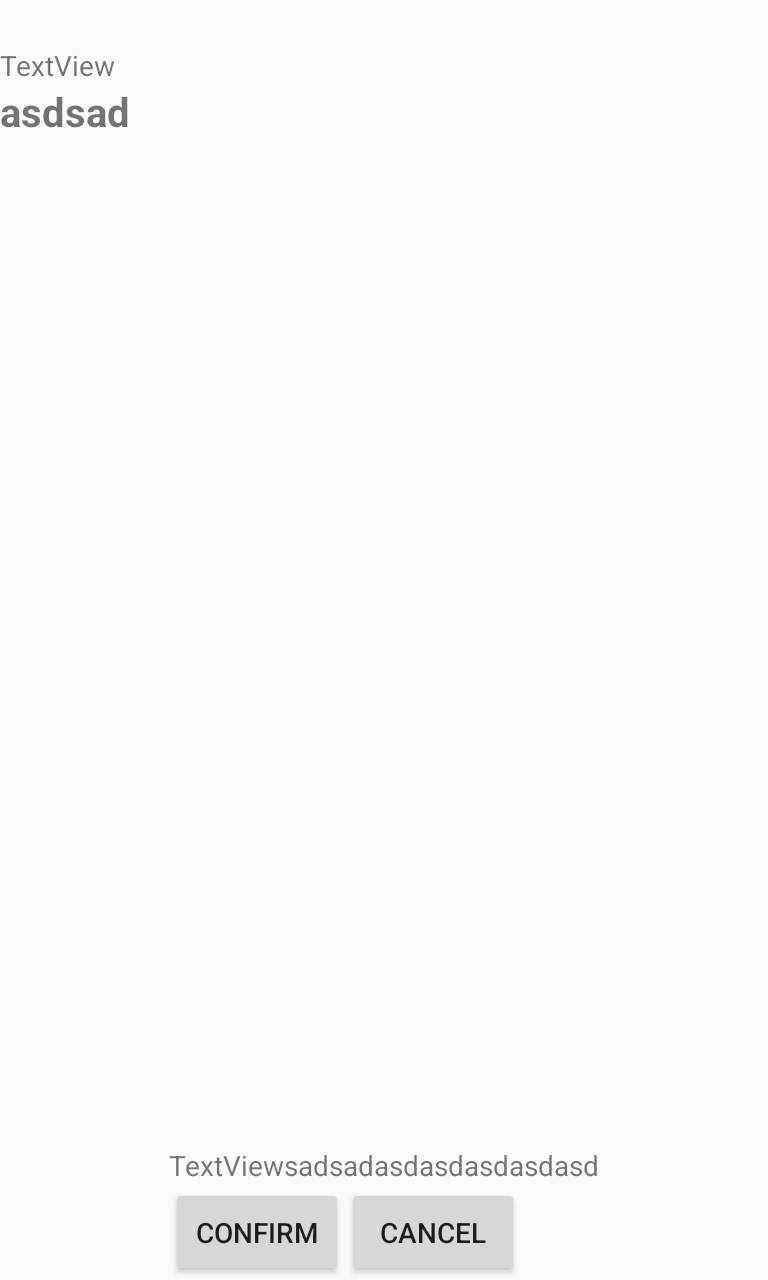
Repository: TeamZhao/Assignment-Tracker
Layout: AssignmentTracker/res/layout/activity_delete_semester_confirmation.xml
The author's editor kept a copy of each file at every save. The layout is drawn from the files as they stood at one save, then again after the next save.
It is drawn on a 768 x 1280 px phone screen (xhdpi) without system bars, with theme AppTheme; the app's code is not run.

Above is the layout before, as saved 2014-11-15 06:27:10.

After the next save:
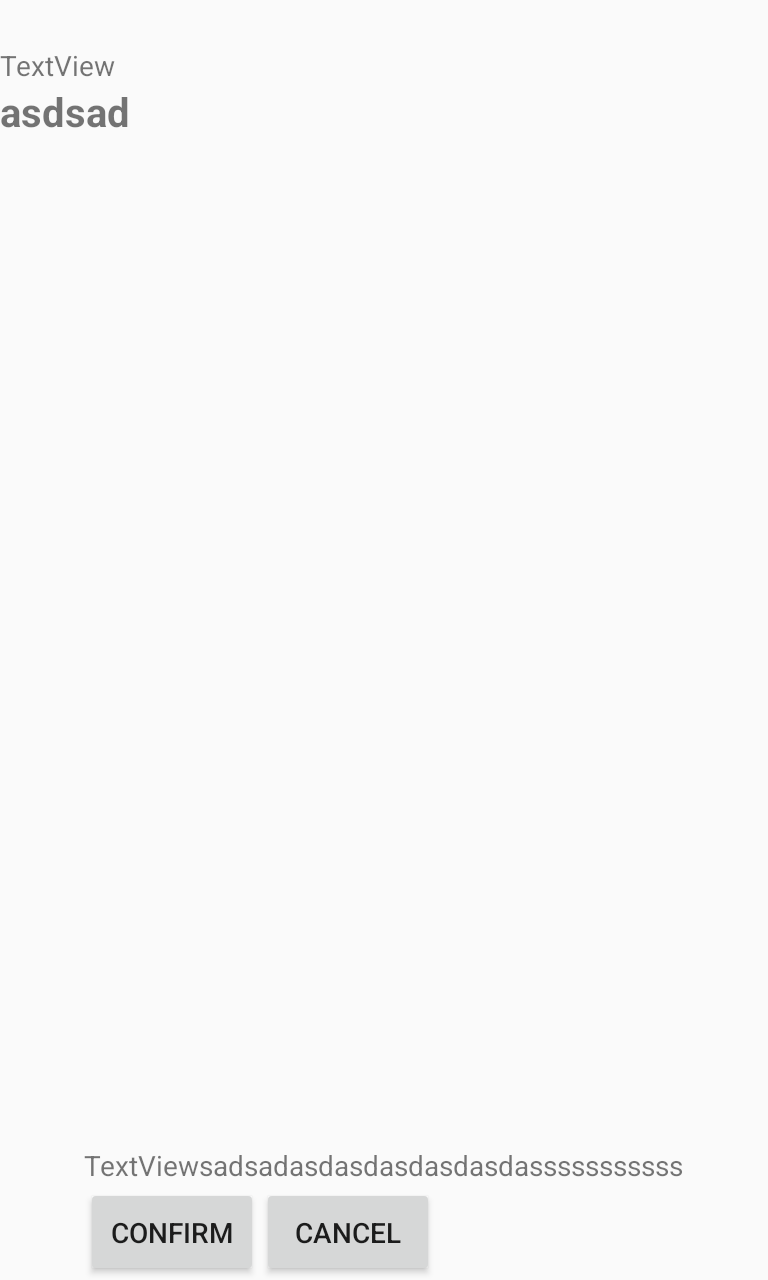
Saved 7 s later.
--- a/AssignmentTracker/res/layout/activity_delete_semester_confirmation.xml
+++ b/AssignmentTracker/res/layout/activity_delete_semester_confirmation.xml
@@ -74,7 +74,7 @@
                 android:id="@+id/textView_ContinueNotice"
                 android:layout_width="wrap_content"
                 android:layout_height="wrap_content"
-                android:text="TextViewsadsadasdasdasdasdasd" />
+                android:text="TextViewsadsadasdasdasdasdasdasssssssssss" />
 
             <LinearLayout
                 android:layout_width="wrap_content"
